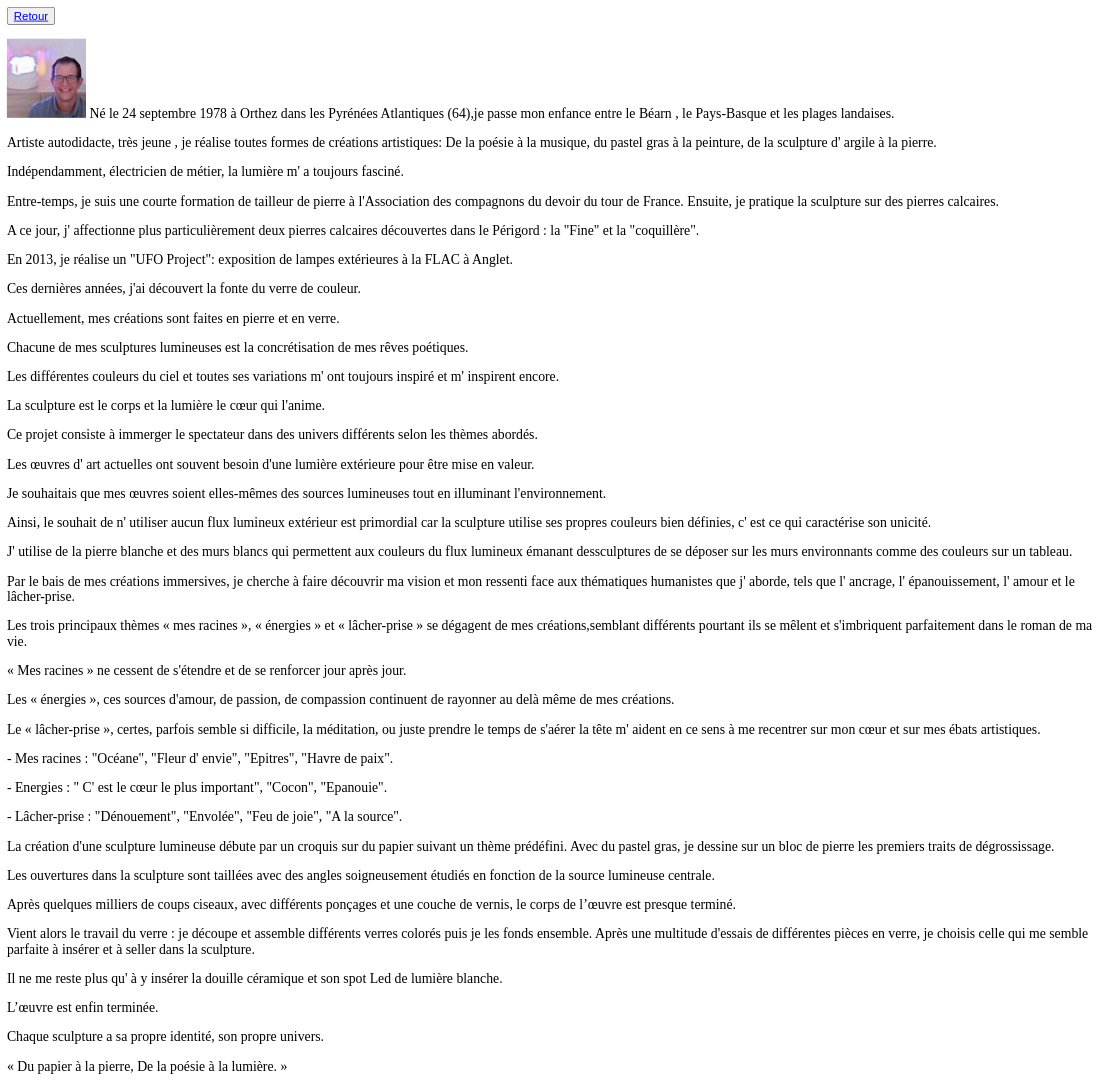
Repository: lysianebo/EricBidart
Page: presentation_more.html
An editor plug-in stored every save of this project. The page is shown before and after the next save, followed by the edit.
The browser window is 1280 px wide. The pictures show the whole page, at 86% of full size.

Above is the page before, as saved 2023-10-29 09:08:27.

### presentation_more.html
<!DOCTYPE html>
<html lang="en">
<head>
    <meta charset="UTF-8">
    <meta name="viewport" content="width=device-width, initial-scale=1.0">
    <title>Document</title>
    <link rel="stylesheet" href="public/css/style.css">
</head>
<body id="prese">
    <button class="back-button"><a href="presentation.html">Retour</a></button>
    <div class="hidden" id="presentation-content">
        <p class="text"><img src="public/images/happy_moi.jpeg" alt=""> Né le 24 septembre 1978 à Orthez dans les Pyrénées Atlantiques (64),je passe mon enfance entre le Béarn , le Pays-Basque et les plages landaises.</p>
        <p> Artiste autodidacte, très jeune , je réalise toutes formes de créations artistiques: De la poésie à la musique, du pastel gras à la peinture, de la sculpture d' argile à la pierre.</p>
        <p> Indépendamment, électricien de métier, la lumière m' a toujours fasciné.</p>
        <p> Entre-temps, je suis une courte formation de tailleur de pierre à l'Association des compagnons du devoir du
            tour de France. Ensuite, je pratique la sculpture sur des pierres calcaires.</p>
        <p> A ce jour, j' affectionne plus particulièrement deux pierres calcaires découvertes dans le Périgord : la
            "Fine" et la "coquillère".</p>
        <p> En 2013, je réalise un "UFO Project": exposition de lampes extérieures à la FLAC à Anglet.</p>
        <p> Ces dernières années, j'ai découvert la fonte du verre de couleur.</p>
        <p> Actuellement, mes créations sont faites en pierre et en verre.</p>
        <p>Chacune de mes sculptures lumineuses est la concrétisation de mes rêves poétiques.</p>
    </div>
    <div class="hidden" id="demarche-content">
        <p>Les différentes couleurs du ciel et toutes ses variations m' ont toujours inspiré et m' inspirent encore.
        <p>La sculpture est le corps et la lumière le cœur qui l'anime.</p>
        Ce projet consiste à immerger le spectateur dans des univers différents selon les thèmes abordés.
        <p>Les œuvres d' art actuelles ont souvent besoin d'une lumière extérieure pour être mise en valeur.</p>
        <p>Je souhaitais que mes œuvres soient elles-mêmes des sources lumineuses tout en illuminant l'environnement.</p>
        <p>Ainsi, le souhait de n' utiliser aucun flux lumineux extérieur est primordial car la sculpture utilise ses propres couleurs bien définies, c' est ce qui caractérise son unicité.</p>
        <p>J' utilise de la pierre blanche et des murs blancs qui permettent aux couleurs du flux lumineux émanant dessculptures de se déposer sur les murs environnants comme des couleurs sur un tableau.</p>
        <p>Par le bais de mes créations immersives, je cherche à faire découvrir ma vision et mon ressenti face aux thématiques humanistes que j' aborde, tels que l' ancrage, l' épanouissement, l' amour et le lâcher-prise.</p>
        <p>Les trois principaux thèmes « mes racines », « énergies » et « lâcher-prise » se dégagent de mes créations,semblant différents pourtant ils se mêlent et s'imbriquent parfaitement dans le roman de ma vie.</p>
        <p>« Mes racines » ne cessent de s'étendre et de se renforcer jour après jour.</p>
        <p>Les « énergies », ces sources d'amour, de passion, de compassion continuent de rayonner au delà même de mes créations.</p>
        <p>Le « lâcher-prise », certes, parfois semble si difficile, la méditation, ou juste prendre le temps de s'aérer la tête m' aident en ce sens à me recentrer sur mon cœur et sur mes ébats artistiques.</p>
        <p>- Mes racines : "Océane", "Fleur d' envie", "Epitres", "Havre de paix".</p>
        <p>- Energies : " C' est le cœur le plus important", "Cocon", "Epanouie".</p>
        <p>- Lâcher-prise : "Dénouement", "Envolée", "Feu de joie", "A la source".</p>
    </div>
    <div class="hidden" id="technique-content">
        <p>La création d'une sculpture lumineuse débute par un croquis sur du papier suivant un thème prédéfini. Avec du pastel gras, je dessine sur un bloc de pierre les premiers traits de dégrossissage. </p>
        <p>Les ouvertures dans la sculpture sont taillées avec des angles soigneusement étudiés en fonction de la source
            lumineuse centrale.</p>
        <p>Après quelques milliers de coups ciseaux, avec différents ponçages et une couche de vernis,
            le corps de l’œuvre est presque terminé.</p>
        <p> Vient alors le travail du verre : je découpe et assemble différents verres colorés puis je les fonds ensemble.
            Après une multitude d'essais de différentes pièces en verre, je choisis celle qui me semble parfaite à insérer
            et à seller dans la sculpture.</p>
        <p>Il ne me reste plus qu' à y insérer la douille céramique et son spot Led de lumière blanche.</p>
        <p> L’œuvre est enfin terminée.</p>
        <p> Chaque sculpture a sa propre identité, son propre univers.</p>
        <p> « Du papier à la pierre, De la poésie à la lumière. »</p>
    </div>
</body>
</html>

### public/css/style.css
/* @import url("https://fonts.googleapis.com/css2?family=Belanosima:wght@400;700&family=Noto+Sans&family=Outfit&family=Rubik:wght@400;500;700&display=swap"); */
/*# sourceMappingURL=style.css.map */

After the next save:
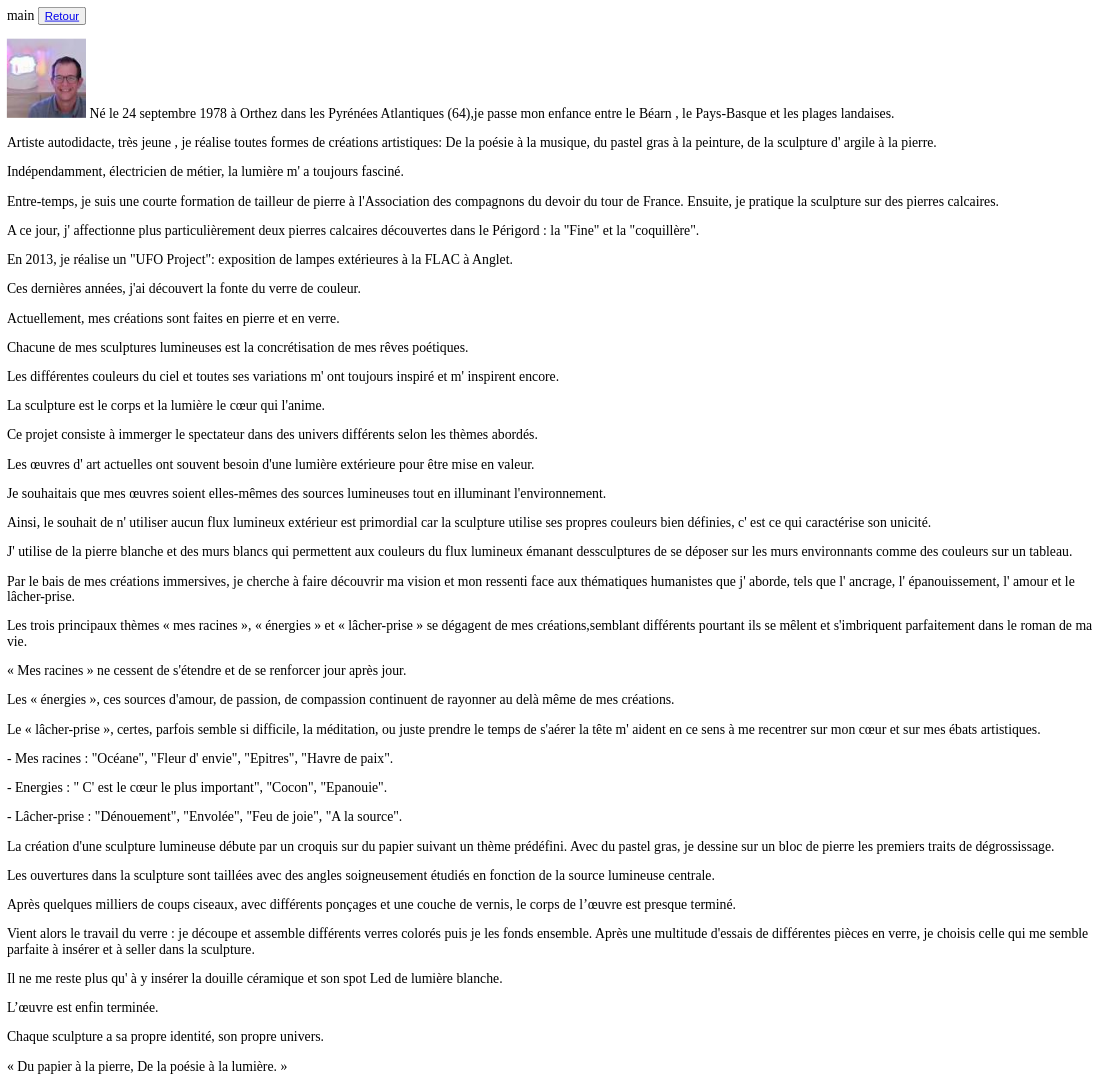
Saved 65 s later.
--- a/presentation_more.html
+++ b/presentation_more.html
@@ -6,7 +6,8 @@
     <title>Document</title>
     <link rel="stylesheet" href="public/css/style.css">
 </head>
-<body id="prese">
+<body id="presentation_more">
+    main
     <button class="back-button"><a href="presentation.html">Retour</a></button>
     <div class="hidden" id="presentation-content">
         <p class="text"><img src="public/images/happy_moi.jpeg" alt=""> Né le 24 septembre 1978 à Orthez dans les Pyrénées Atlantiques (64),je passe mon enfance entre le Béarn , le Pays-Basque et les plages landaises.</p>

After the save that followed:
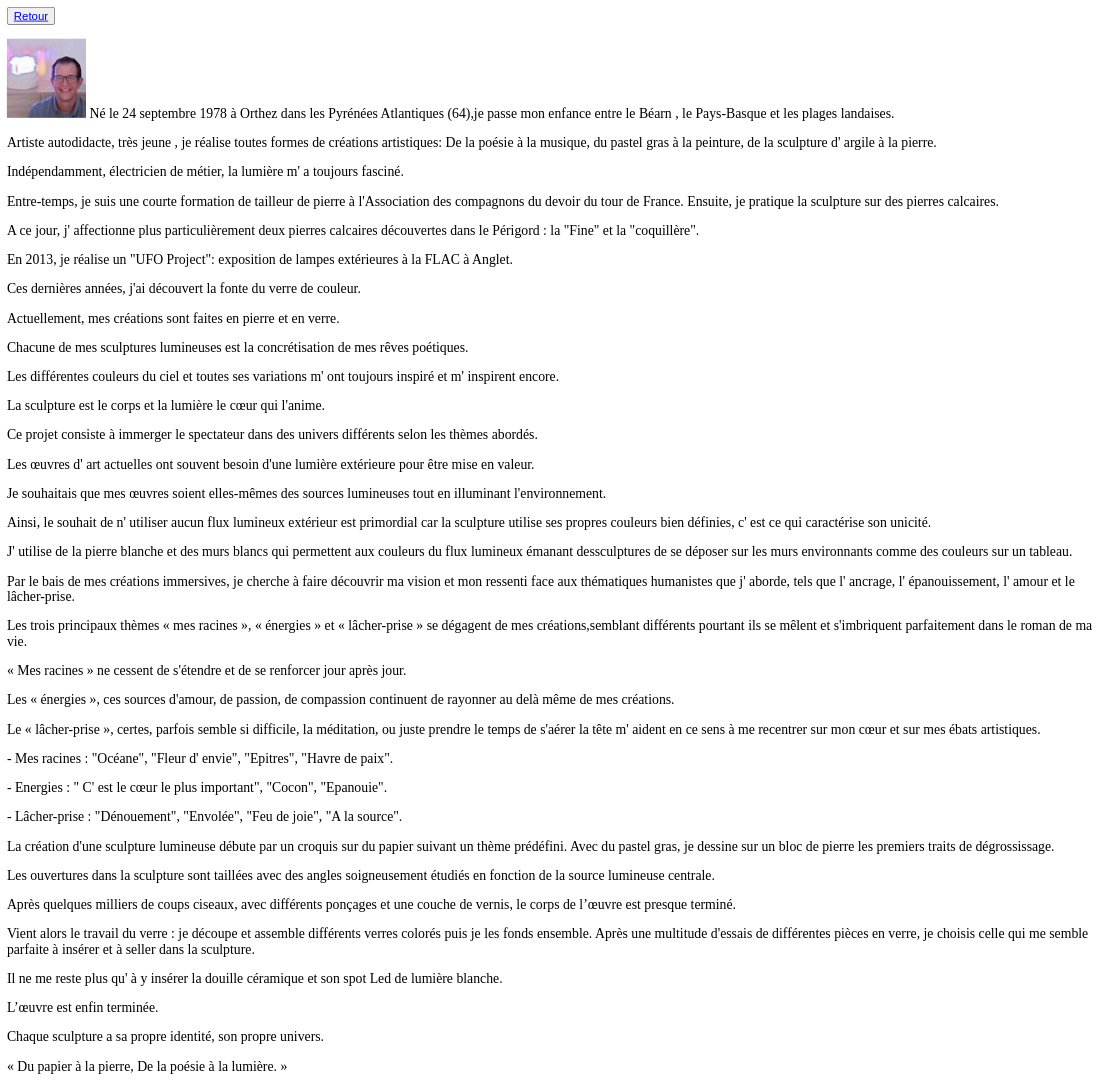
Saved 8 s later.
--- a/presentation_more.html
+++ b/presentation_more.html
@@ -7,7 +7,7 @@
     <link rel="stylesheet" href="public/css/style.css">
 </head>
 <body id="presentation_more">
-    main
+
     <button class="back-button"><a href="presentation.html">Retour</a></button>
     <div class="hidden" id="presentation-content">
         <p class="text"><img src="public/images/happy_moi.jpeg" alt=""> Né le 24 septembre 1978 à Orthez dans les Pyrénées Atlantiques (64),je passe mon enfance entre le Béarn , le Pays-Basque et les plages landaises.</p>
